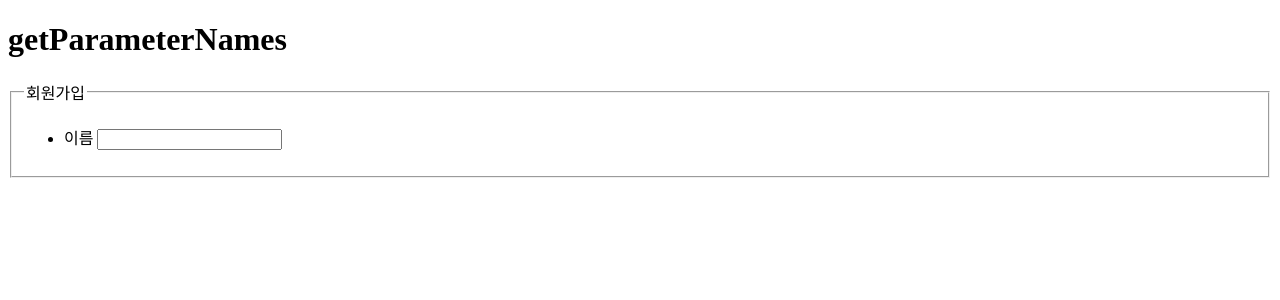
Repository: noopzzya/study_jsp_globalin
Page: ServletProject/src/main/webapp/memberForm.html
The author's editor kept a copy of each file at every save. The page is drawn from the files as they stood at one save, then again after the next save.
The browser window is 1280 px wide. The pictures show the whole page.

Above is the page before, as saved 2023-01-26 05:19:30.

After the next save:
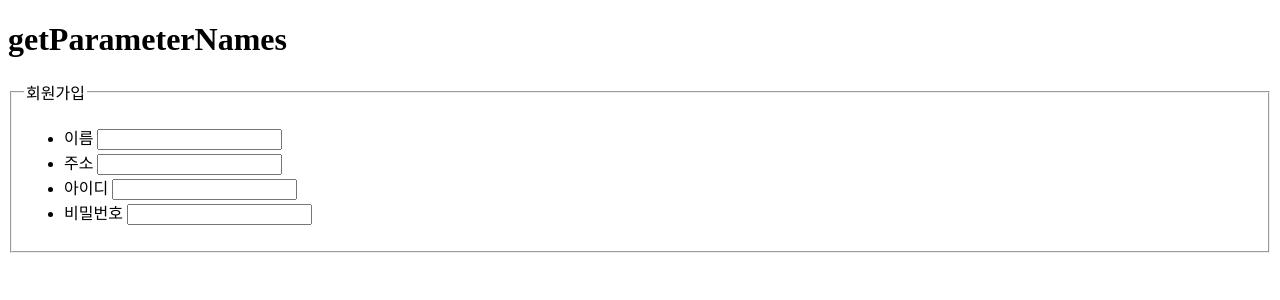
Saved 98 s later.
--- a/ServletProject/src/main/webapp/memberForm.html
+++ b/ServletProject/src/main/webapp/memberForm.html
@@ -10,10 +10,25 @@
 		<fieldset>
 		<legend>회원가입</legend>
 			<ul>
-			<li>
-			<label for="username">이름</label>
-			<input type="text" name="username">
-			</li>
+				<li>
+				<label for="username">이름</label>
+				<input type="text" name="username">
+				</li>
+
+				<li>
+				<label for="address">주소</label>
+				<input type="text" name="address">
+				</li>
+
+				<li>
+				<label for="userid">아이디</label>
+				<input type="text" name="userid">
+				</li>
+
+				<li>
+				<label for="passwd">비밀번호</label>
+				<input type="password" name="passwd">
+				</li>
 			</ul>
 		</fieldset>
 	</form>
